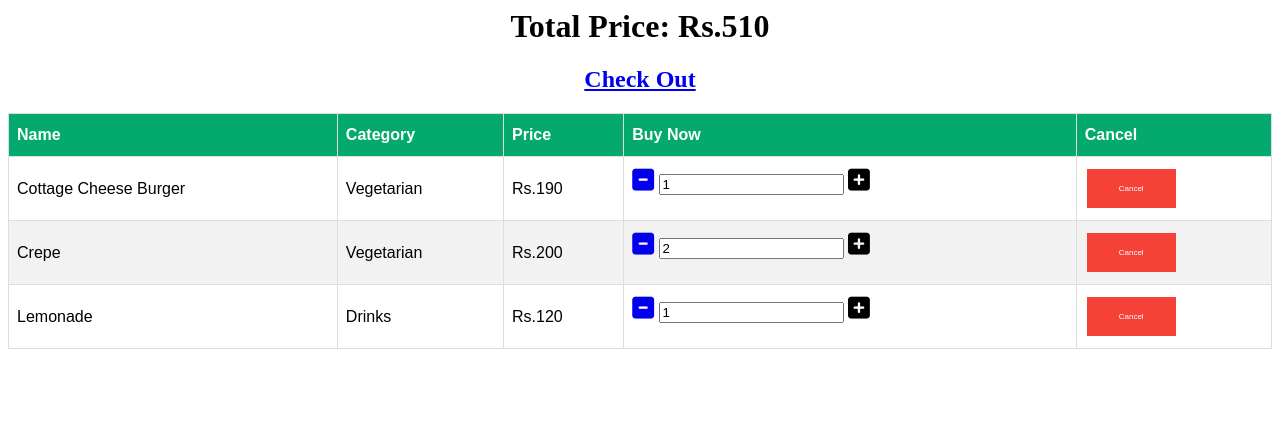
Repository: Shreya200012/FoodBox
Page: http://localhost/foodWeb/cart.jsp
These files come from the project's save history. The page is drawn as it stood at one moment and after the next save; the edit follows.
The browser window is 1280 px wide. The pictures show the whole page.
Some web libraries are served in a nearby version. The page is served by Tomcat 9.

Above is the page before, as saved 2022-06-14 16:55:07.

After the next save:
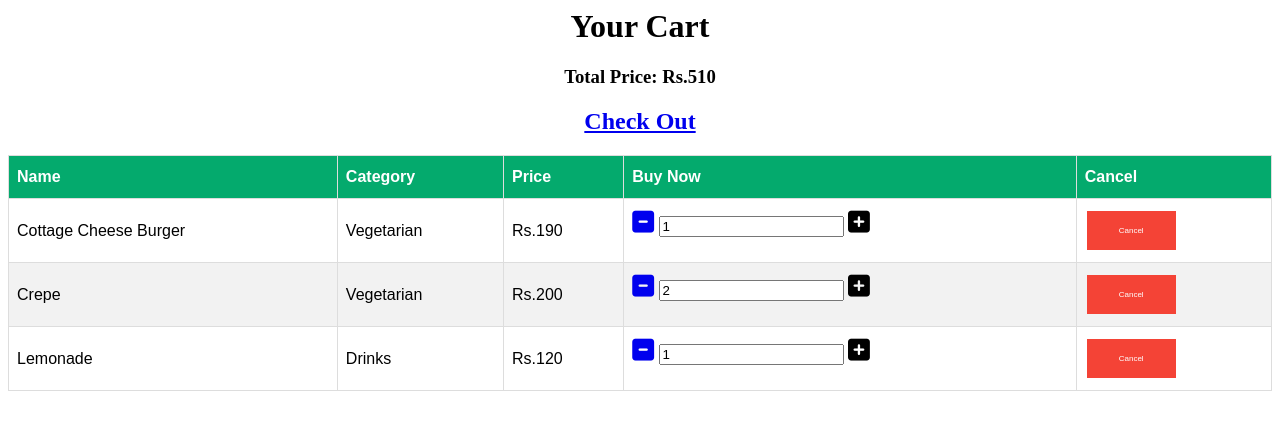
Saved 25 min 19 s later.
--- a/foodWeb/src/main/webapp/cart.jsp
+++ b/foodWeb/src/main/webapp/cart.jsp
@@ -56,7 +56,9 @@
 <body>
 <div class="container">
 <div class="d-flex py-3">
-<h1 align="center">Total Price: Rs.510</h1>
+<h1 align="center">Your Cart</h1>
+<h3 align="center">Total Price: Rs.510</h3>
+
 <a class="mx-3 btn btn-primary" href="#" align="center"><h2>Check Out</h2></a>
 </div>
 <table id="customers">

After the 2 saves that followed:
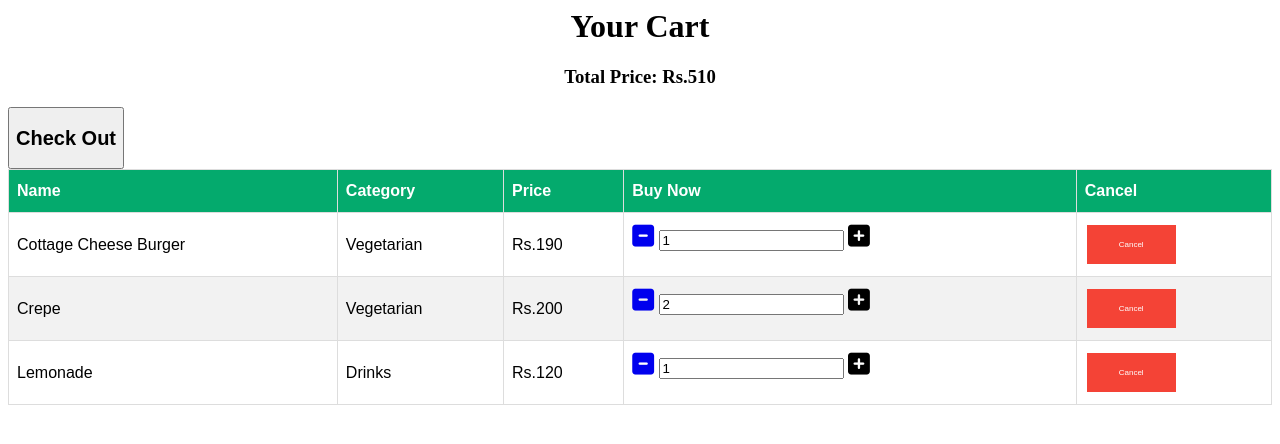
The 2 saves are shown as one change because 1 left the picture as it was.
The last was saved 5 min 29 s later.
--- a/foodWeb/src/main/webapp/cart.jsp
+++ b/foodWeb/src/main/webapp/cart.jsp
@@ -50,16 +50,20 @@
 font-size:25px;
 }
 
-
 </style>
 </head>
 <body>
+<script>
+function myFunction() {
+	  alert("Hello! I am an alert box!");
+	}
+</script>
 <div class="container">
 <div class="d-flex py-3">
 <h1 align="center">Your Cart</h1>
 <h3 align="center">Total Price: Rs.510</h3>
 
-<a class="mx-3 btn btn-primary" href="#" align="center"><h2>Check Out</h2></a>
+<a class="mx-3 btn btn-primary" href="#" align="center"><button onClick="myFunction()"><h2>Check Out</h2></button></a>
 </div>
 <table id="customers">
 <thead>
